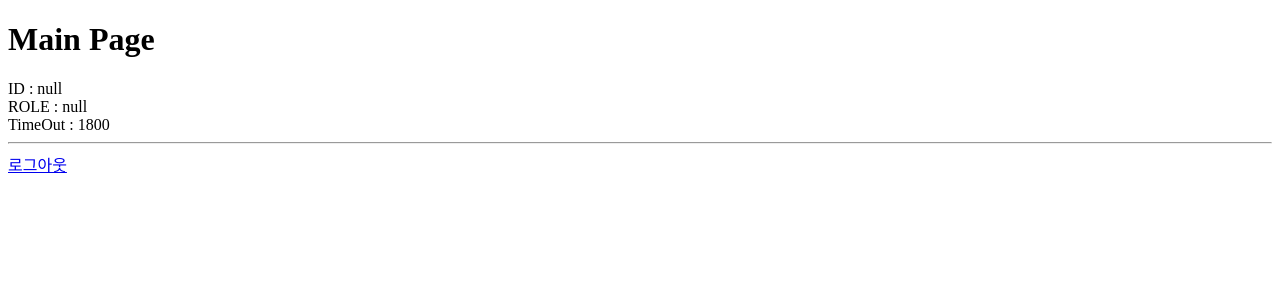
Repository: GotChun/DH_JSP
Page: http://localhost/01_JSP/C06/02/Main.jsp
These files come from the project's save history. The page is drawn as it stood at one moment and after the next save; the edit follows.
The browser window is 1280 px wide. The pictures show the whole page.
The page is served by Tomcat 9.

Above is the page before, as saved 2024-10-22 06:42:27.

After the next save:
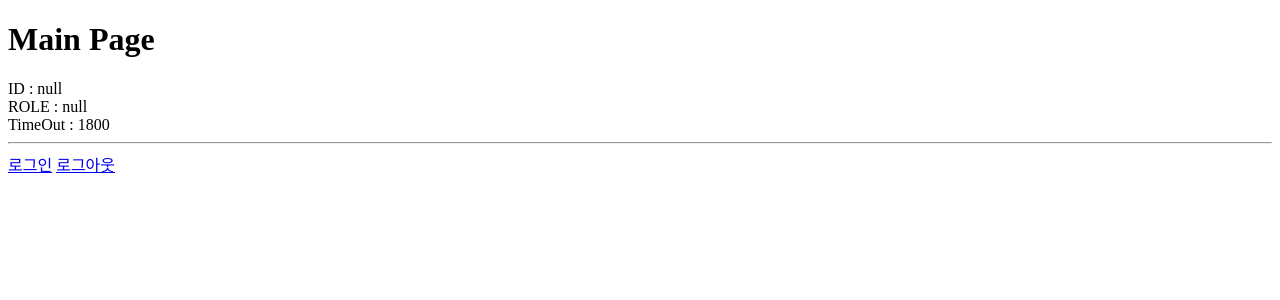
Saved 71 s later.
--- a/01_JSP/src/main/webapp/C06/02/Main.jsp
+++ b/01_JSP/src/main/webapp/C06/02/Main.jsp
@@ -14,6 +14,8 @@
 	TimeOut : <%=session.getMaxInactiveInterval() %>
 
 	<hr>
+
+	<a href="login.jsp">로그인</a>
 	<a href="Logout.jsp">로그아웃</a>
 
 </body>
